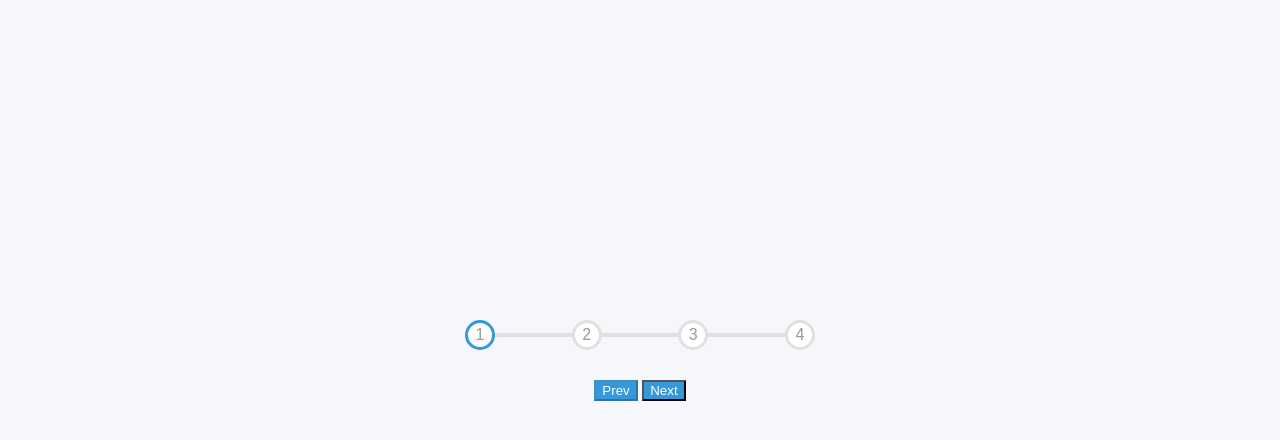
Repository: aobeid1979/Progress-Steps
Page: index.html
An editor plug-in stored every save of this project. The page is shown before and after the next save, followed by the edit.
The browser window is 1280 px wide. The pictures show the whole page.
Some web fonts or font styles are not loaded; a fallback is used.

Above is the page before, as saved 2024-06-03 21:10:51.

### index.html
<!DOCTYPE html>
<html lang="en">
<head>
    <meta charset="UTF-8">
    <meta name="viewport" content="width=device-width, initial-scale=1.0">
    <link rel="stylesheet" href="style.css">
    <title>Progress Steps</title>
</head>
<body>
    <div class="container">
        <div class="progress-container">
            <div class="progress" id="progress"></div>
            <div class="circle active">1</div>
            <div class="circle">2</div>
            <div class="circle">3</div>
            <div class="circle">4</div>
        </div>

        <button class="btn" id="prev" disabled>Prev</button>
        <button class="btn" id="next">Next</button>
    </div>


    <script src="script.js"></script>

</body>
</html>

### style.css
@import url('https://fonts.googleapis.com/css?family=Muli&display=swap');

:root {
    --line-border-fill: #3498db;
    --line-border-empty: #e0e0e0;
}


* {
    box-sizing: border-box;
}

body {
    background-color: #f6f7fb;
    font-family: 'Muli', sans-serif;
    display: flex;
    flex-direction: column;
    align-items: center;
    justify-content: center;
    height: 100vh;
    overflow: hidden;
    margin: 0;
}

.container {
    text-align: center;
}

.progress-container {
    display: flex;
    justify-content: space-between;
    position: relative;
    margin-bottom: 30px;
    max-width: 100%;
    width: 350px;
}

.progress-container::before {
    content:'';
    background-color: var(--line-border-empty);
    position: absolute;
    top: 50%;
    left: 0;
    transform: translateY(-50%);
    height: 4px;
    width: 100%;
    z-index: -1;
}

.progress {
    background-color: var(--line-border-fill);
    position: absolute;
    top: 50%;
    left: 0;
    transform: translateY(-50%);
    height: 4px;
    width: 0%;
    z-index: -1;
    transition: 0.4s ease;
}

.circle {
    background-color: #fff;
    color: #999;
    border-radius: 50%;
    height: 30px;
    width: 30px;
    display: flex;
    align-items: center;
    justify-content: center;
    border: 3px solid var(--line-border-empty);
    transition: .4sec ease;
}

.circle.active {
    border-color: var(--line-border-fill)
}

.btn {
    background-color: var(--line-border-fill);
    color: #fff;
    border:
}

Loaded but not shown: script.js (no copy from this time; the picture is the same without it)

After the next save:
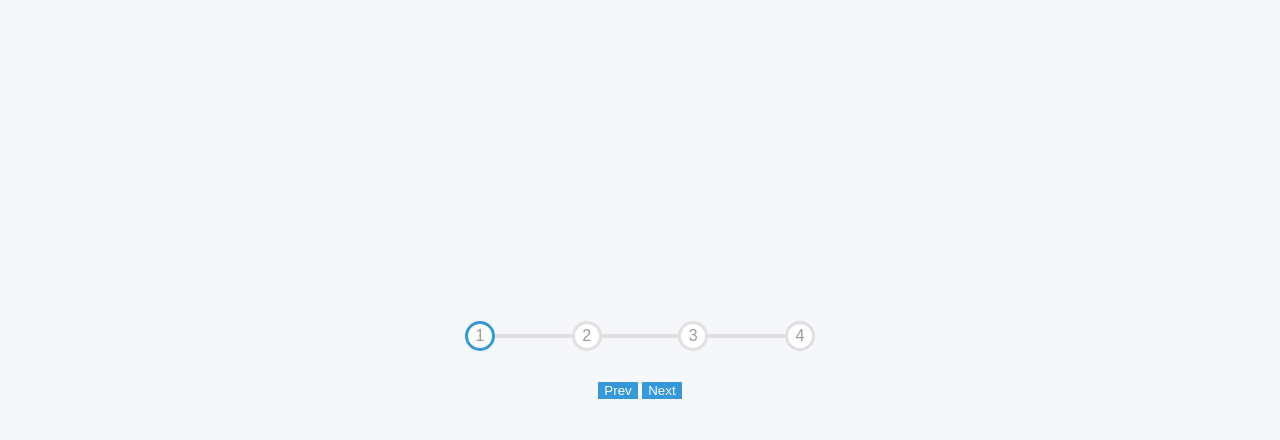
Saved 4 s later.
--- a/style.css
+++ b/style.css
@@ -79,5 +79,6 @@ body {
 .btn {
     background-color: var(--line-border-fill);
     color: #fff;
-    border:
+    border: 0;
+
 }
